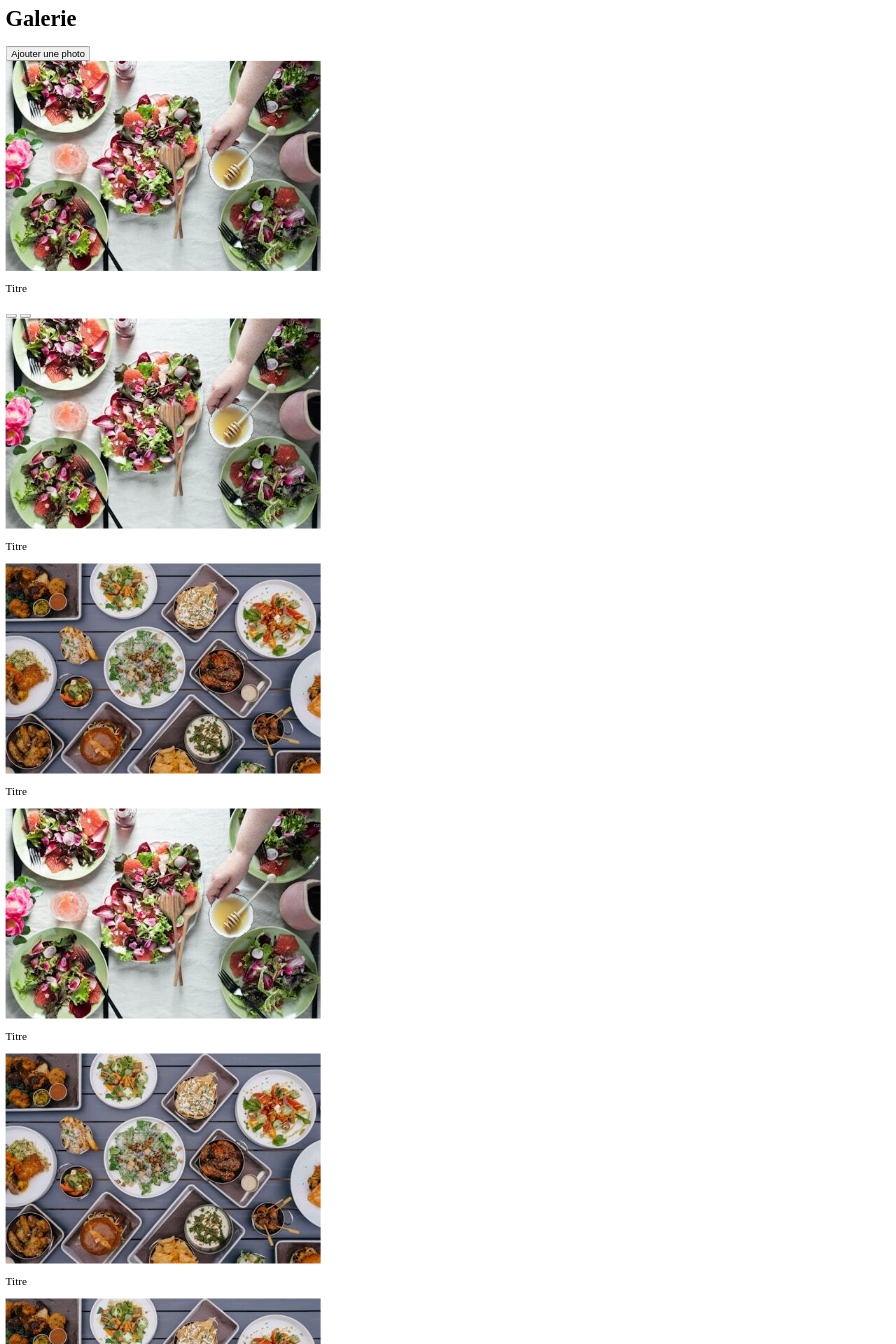
Repository: lemonhao9/QuaiAntiqueRestaurantFront
Page: pages/galerie.html
The author's editor kept a copy of each file at every save. The page is drawn from the files as they stood at one save, then again after the next save.
The browser window is 1280 px wide. The pictures show the part of the page from y = 0 to 1920 px (the page is 2822 px tall before and 720 px after), at 70% of full size.

Above is the page before, as saved 2025-03-27 11:47:44.

### pages/galerie.html
<div class="hero-scene text-center text-white">
    <div class="hero-scene-content">
            <h1>Galerie</h1>
    </div>
</div>

<div class="container">
    <div class="text-center">
        <button type="button" class="btn btn-primary" data-bs-toggle="modal" data-bs-target="#EditionPhotoModal">Ajouter une photo</button>
    </div>
    <div class="row row-cols-2 row-cols-lg-3">
        <div class="col p-3">
            <div class="image-card text-white">
                <img src="../images/platGalerie5.jpg" alt="platGalerie1" class="rounded w-100">
                <p class="titre-image">Titre</p>
                <div class="action-image-buttons" data-show="admin">
                    <button type="button" class="btn btn-outline-light" data-bs-toggle="modal" data-bs-target="#EditionPhotoModal"><i class="bi bi-pencil-square"></i></button>
                    <button type="button" class="btn btn-outline-light" data-bs-toggle="modal" data-bs-target="#DeletePhotoModal"><i class="bi bi-trash"></i></button>
                </div>
            </div>
        </div>
        <div class="col p-3">
            <div class="image-card text-white">
                <img src="../images/platGalerie5.jpg" alt="platGalerie1" class="rounded w-100">
                <p class="titre-image">Titre</p>
            </div>
        </div>
        <div class="col p-3">
            <div class="image-card text-white">
                <img src="../images/platGalerie3.jpg" alt="platGalerie1" class="rounded w-100">
                <p class="titre-image">Titre</p>
            </div>
        </div>
        <div class="col p-3">
            <div class="image-card text-white">
                <img src="../images/platGalerie5.jpg" alt="platGalerie1" class="rounded w-100">
                <p class="titre-image">Titre</p>
            </div>
        </div>
        <div class="col p-3">
            <div class="image-card text-white">
                <img src="../images/platGalerie3.jpg" alt="platGalerie1" class="rounded w-100">
                <p class="titre-image">Titre</p>
            </div>
        </div>
        <div class="col p-3">
            <div class="image-card text-white">
                <img src="../images/platGalerie3.jpg" alt="platGalerie1" class="rounded w-100">
                <p class="titre-image">Titre</p>
            </div>
        </div>
    </div>
    <div class="text-center">
        <button class="btn btn-primary">Réserver</button>
    </div>
</div>

<!-- Modal édition -->
<div class="modal fade" id="EditionPhotoModal" tabindex="-1" aria-labelledby="EditionPhotoModalLabel" aria-hidden="true">
    <div class="modal-dialog">
      <div class="modal-content">
        <div class="modal-header">
          <h2 class="modal-title fs-5" id="EditionPhotoModal">Edition photo</h2>
          <button type="button" class="btn-close" data-bs-dismiss="modal" aria-label="Close"></button>
        </div>
        <div class="modal-body">
            <form>
                <div class="mb-3">
                  <label for="NamePhotoInput" class="form-label">Titre de la photo</label>
                  <input type="text" class="form-control" id="NamePhotoInput" placeholder="Lasagnes Bolognaise" name="titre-image">
                </div>
                <div class="mb-3">
                  <label for="ImageInput" class="form-label">Image</label>
                  <input type="file" class="form-control" id="ImageInput" name="Image">
                </div>
                <div class="text-center">
                    <button type="submit" class="btn btn-primary">Enregistrer</button>
                </div>
            </form>
        </div>
      </div>
    </div>
  </div>

  <!-- Modal suppression -->
<div class="modal fade" id="DeletePhotoModal" tabindex="-1" aria-labelledby="DeletePhotoModalLabel" aria-hidden="true">
    <div class="modal-dialog">
      <div class="modal-content">
        <div class="modal-header">
          <h2 class="modal-title fs-5" id="DeletePhotoModal">Êtes-vous sûr de vouloir supprimer cette image ?</h2>
          <button type="button" class="btn-close" data-bs-dismiss="modal" aria-label="Close"></button>
        </div>
        <div class="modal-body">
            <form>
                <div class="mb-3">
                  <p>Titre</p>
                  <img src="../images/platGalerie5.jpg" alt="platGalerie1" class="rounded w-100">
                </div>
                <div class="text-center">
                    <button type="button" class="btn btn-danger">Supprimer</button>
                    <button type="button" class="btn btn-secondary" data-bs-dismiss="modal">Annuler</button>
                </div>
            </form>
        </div>
      </div>
    </div>
  </div>

After the next save:
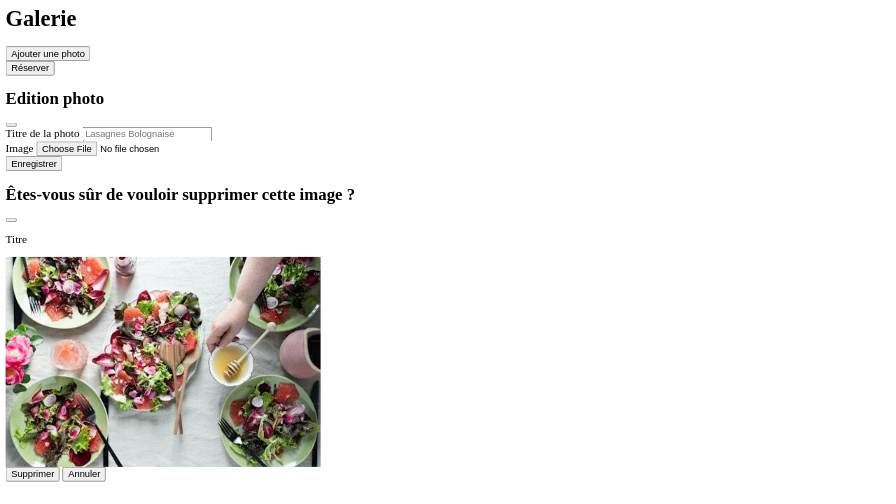
Saved 2 s later.
--- a/pages/galerie.html
+++ b/pages/galerie.html
@@ -8,47 +8,8 @@
     <div class="text-center">
         <button type="button" class="btn btn-primary" data-bs-toggle="modal" data-bs-target="#EditionPhotoModal">Ajouter une photo</button>
     </div>
-    <div class="row row-cols-2 row-cols-lg-3">
-        <div class="col p-3">
-            <div class="image-card text-white">
-                <img src="../images/platGalerie5.jpg" alt="platGalerie1" class="rounded w-100">
-                <p class="titre-image">Titre</p>
-                <div class="action-image-buttons" data-show="admin">
-                    <button type="button" class="btn btn-outline-light" data-bs-toggle="modal" data-bs-target="#EditionPhotoModal"><i class="bi bi-pencil-square"></i></button>
-                    <button type="button" class="btn btn-outline-light" data-bs-toggle="modal" data-bs-target="#DeletePhotoModal"><i class="bi bi-trash"></i></button>
-                </div>
-            </div>
-        </div>
-        <div class="col p-3">
-            <div class="image-card text-white">
-                <img src="../images/platGalerie5.jpg" alt="platGalerie1" class="rounded w-100">
-                <p class="titre-image">Titre</p>
-            </div>
-        </div>
-        <div class="col p-3">
-            <div class="image-card text-white">
-                <img src="../images/platGalerie3.jpg" alt="platGalerie1" class="rounded w-100">
-                <p class="titre-image">Titre</p>
-            </div>
-        </div>
-        <div class="col p-3">
-            <div class="image-card text-white">
-                <img src="../images/platGalerie5.jpg" alt="platGalerie1" class="rounded w-100">
-                <p class="titre-image">Titre</p>
-            </div>
-        </div>
-        <div class="col p-3">
-            <div class="image-card text-white">
-                <img src="../images/platGalerie3.jpg" alt="platGalerie1" class="rounded w-100">
-                <p class="titre-image">Titre</p>
-            </div>
-        </div>
-        <div class="col p-3">
-            <div class="image-card text-white">
-                <img src="../images/platGalerie3.jpg" alt="platGalerie1" class="rounded w-100">
-                <p class="titre-image">Titre</p>
-            </div>
-        </div>
+    <div class="row row-cols-2 row-cols-lg-3" id="allImages">
+
     </div>
     <div class="text-center">
         <button class="btn btn-primary">Réserver</button>
